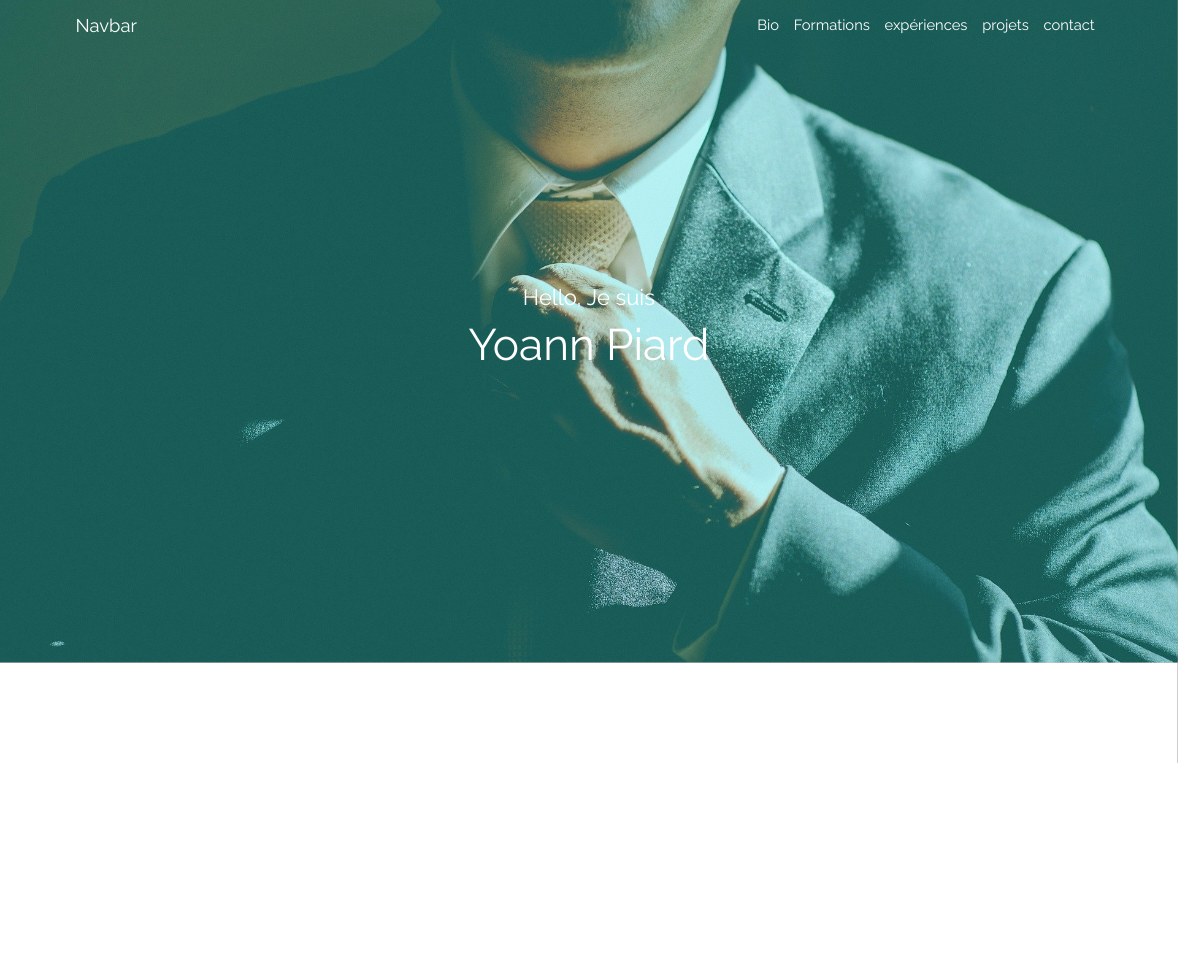
Repository: ypiard85/port-folio-bootstrap-yoann-2021
Page: index.html
The author's editor kept a copy of each file at every save. The page is drawn from the files as they stood at one save, then again after the next save.
The browser window is 1280 px wide. The pictures show the whole page, at 92% of full size.

Above is the page before, as saved 2021-03-09 14:50:32.

After the next save:
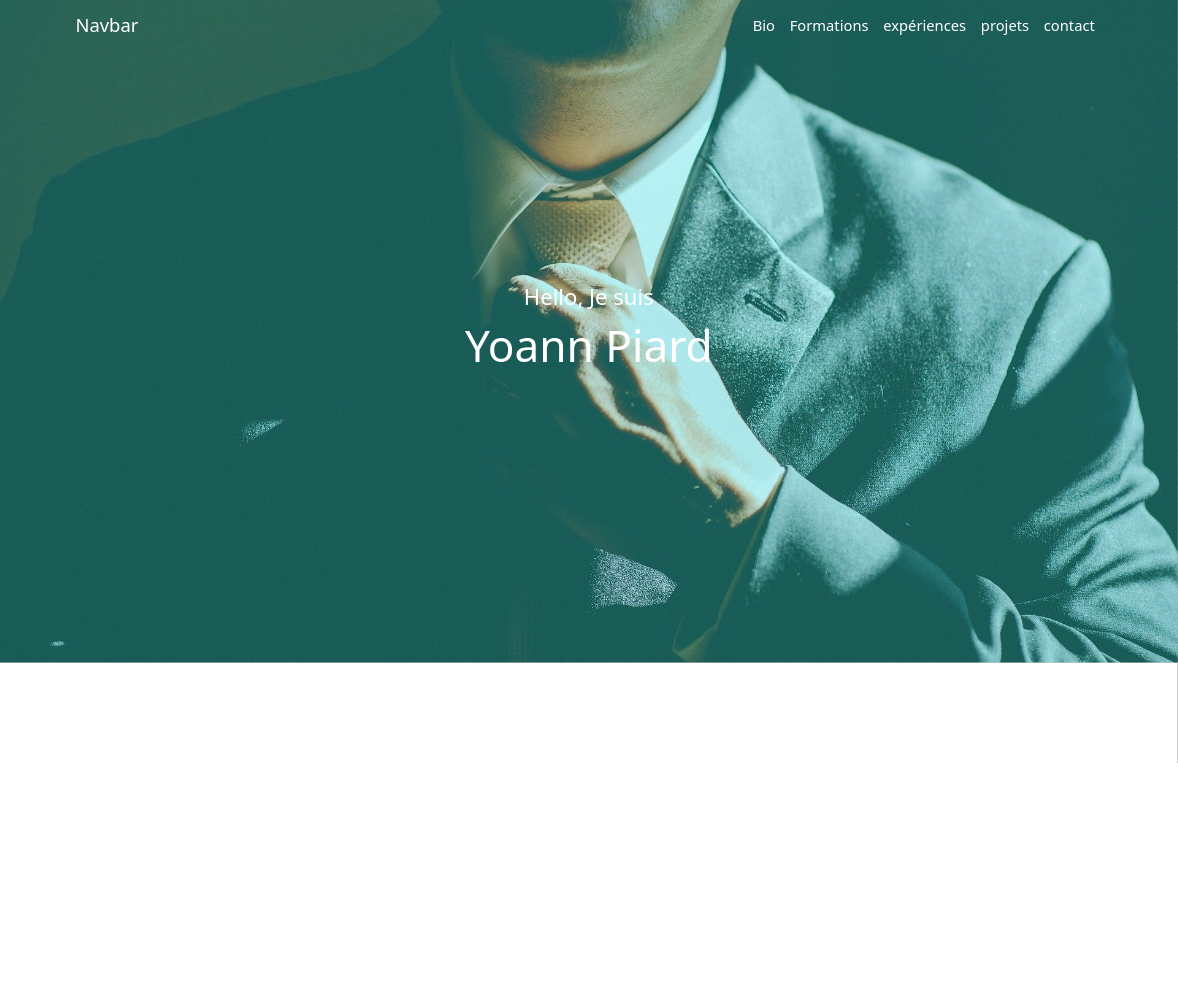
Saved 20 s later.
--- a/resource/style.css
+++ b/resource/style.css
@@ -2,8 +2,10 @@
 
 *{
     transition: 0.3s;
+}
+
+html{
     font-family: 'Raleway', sans-serif!important;
-
 }
 
 

After the save that followed:
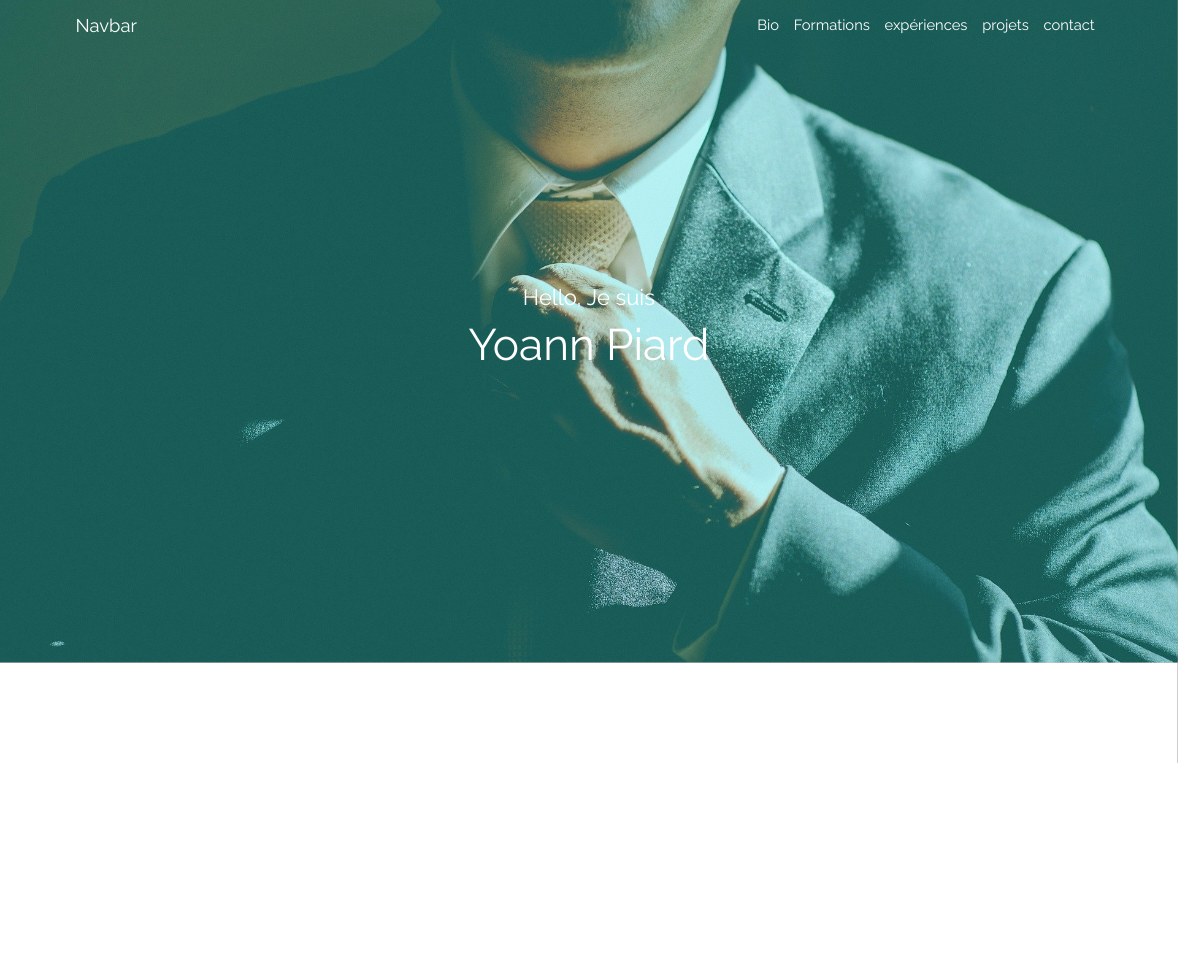
Saved 9 s later.
--- a/resource/style.css
+++ b/resource/style.css
@@ -4,7 +4,7 @@
     transition: 0.3s;
 }
 
-html{
+body{
     font-family: 'Raleway', sans-serif!important;
 }
 
